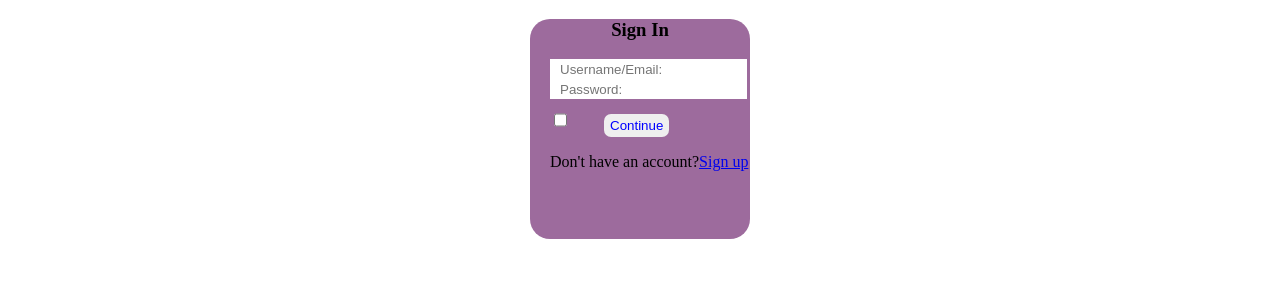
Repository: Tobby004/basic-loanweb
Page: signIn.html
The author's editor kept a copy of each file at every save. The page is drawn from the files as they stood at one save, then again after the next save.
The browser window is 1280 px wide. The pictures show the whole page.

Above is the page before, as saved 2023-06-15 06:15:15.

After the next save:
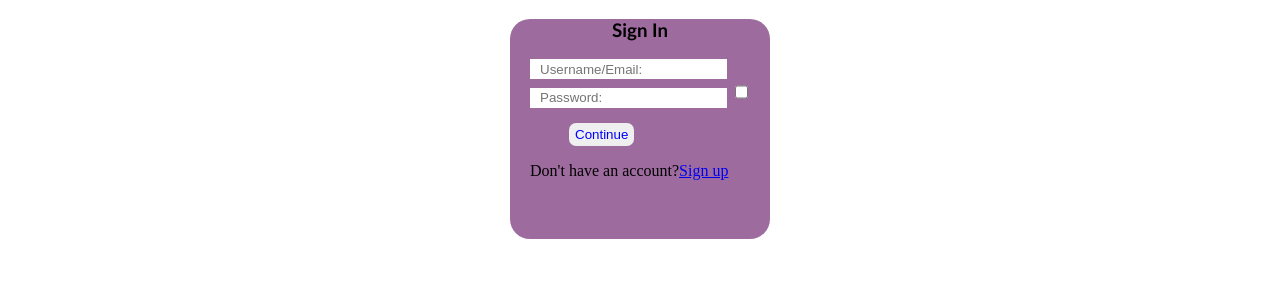
Saved 5 s later.
--- a/signin.css
+++ b/signin.css
@@ -4,12 +4,13 @@
 .signin-box{
     margin: auto;
     height: 220px;
-    width: 220px;
+    width: 260px;
     background: #9d6b9d;
     border-radius: 20px;
 }
 h3 {
     text-align: center;
+    font-family: 'Trebuchet MS', 'Lucida Sans Unicode', 'Lucida Grande', 'Lucida Sans', Arial, sans-serif;
 
 }
 form {
@@ -22,7 +23,7 @@ input{
 }
 button {
     margin-top: 15px;
-    margin-left: 30px;
+    margin-left: 39px;
     height: 23px;
     border: none;
     border-radius:7px;
